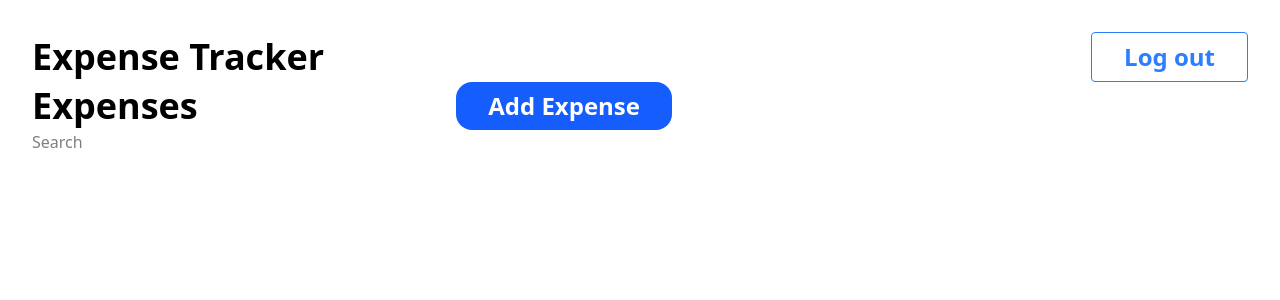
Repository: Syed-Mohsin-Ali786/frontend-expense-tracker
Page: /
These files come from the project's save history. The page is drawn as it stood at one moment and after the next save; the edit follows.
The browser window is 1280 px wide. The pictures show the whole page.
The project was rebuilt for these pictures with package versions that can differ from the ones it lists, and the page was loaded fresh each time.

Above is the page before, as saved 2025-09-28 14:09:07.

### src/App.tsx
import "./App.css";

function App() {
  return (
    <div className=" mt-4 mx-4 p-4">
      {/* Header */}
      <header className="flex items-center justify-between">
        <h1 className="text-4xl  font-semibold">Expense Tracker</h1>
        <button className=" border border-blue-500 py-2 px-3 md:px-6 lg:px-8 rounded font-semibold text-blue-500 text-2xl ">
          Log out
        </button>
      </header>

      {/* The main page */}
      <section>
        {/* Expenses */}
        <div className="flex flex-col w-[50vw] justify-between">
          <div className="flex justify-between items-center ">
          <h1 className="text-4xl  font-semibold">Expenses</h1>
          <button className=" bg-blue-600  py-2 px-3 md:px-6 lg:px-8 rounded-2xl font-semibold text-[#ffff] text-2xl ">
            Add Expense
          </button>
          </div>
          <input type="text" placeholder="Search" />
        </div>
        {/* Charts */}
        <div></div>
      </section>
    </div>
  );
}

export default App;

Loaded but not shown: index.html (common file); src/main.tsx (common file); src/App.css (common file)

After the next save:
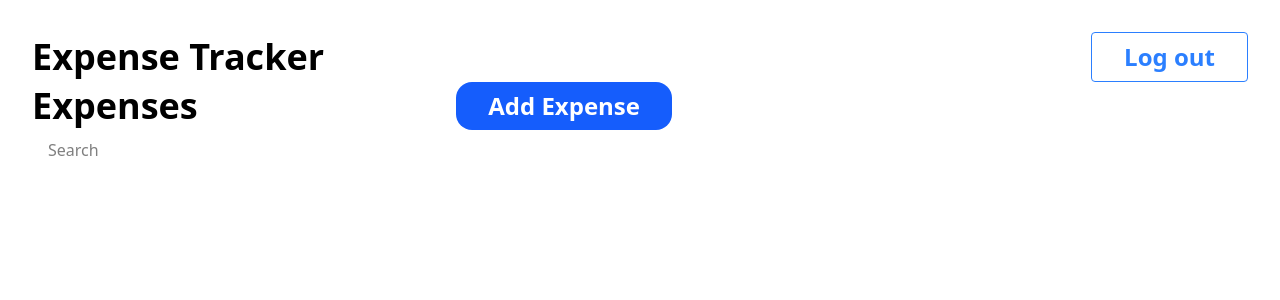
Saved 17 s later.
--- a/src/App.tsx
+++ b/src/App.tsx
@@ -21,7 +21,7 @@ function App() {
             Add Expense
           </button>
           </div>
-          <input type="text" placeholder="Search" />
+          <input type="text" placeholder="Search"  className="py-2 px-4"/>
         </div>
         {/* Charts */}
         <div></div>
